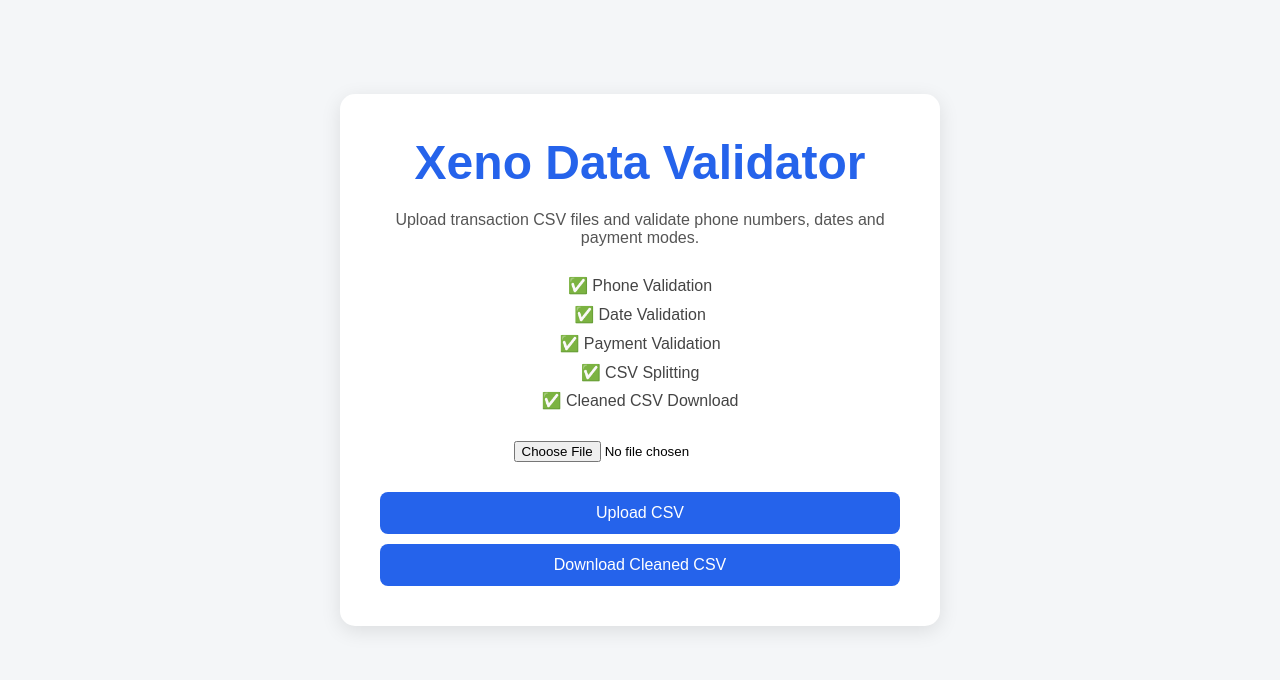
Repository: Aartigarg446/xeno-data-validator
Page: / (app in frontend/)
The author's editor kept a copy of each file at every save. The page is drawn from the files as they stood at one save, then again after the next save.
The browser window is 1280 px wide. The pictures show the whole page.
The project was rebuilt for these pictures with package versions that can differ from the ones it lists, and the page was loaded fresh each time. Also part of the build but not shown: frontend/vite.config.js.

Above is the page before, as saved 2026-06-17 14:12:41.

### frontend/src/index.css
html,
body,
#root {
  width: 100%;
  min-height: 100vh;
  margin: 0;
  padding: 0;
}

### frontend/src/App.jsx
import { useState } from "react";
import axios from "axios";
import "./App.css";

function App() {
  const [file, setFile] = useState(null);
  const [message, setMessage] = useState("");
  const [stats, setStats] = useState({
  total: 0,
  valid: 0,
  invalid: 0,
});

const [records, setRecords] = useState([]);

  const uploadFile = async () => {
    if (!file) {
      alert("Please select a CSV file");
      return;
    }

    const formData = new FormData();
    formData.append("file", file);

    try {
   const response = await axios.post(
  "http://localhost:5000/upload",
  formData
);

const data = response.data.data;

setRecords(data);

const validCount = data.filter(
  (item) => item.overallStatus === "Valid"
).length;

setStats({
  total: data.length,
  valid: validCount,
  invalid: data.length - validCount,
});

setMessage("✅ CSV Processed Successfully");
    } catch (error) {
      console.log(error);
     setMessage("❌ Upload Failed");
    }
  };

  return (
    <div className="container">

      <div className="card">

        <h1>Xeno Data Validator</h1>

        <p>
          Upload transaction CSV files and validate
          phone numbers, dates and payment modes.
        </p>
<p className="features">
  ✅ Phone Validation <br />
  ✅ Date Validation <br />
  ✅ Payment Validation <br />
  ✅ CSV Splitting <br />
  ✅ Cleaned CSV Download
</p>
        <input
          type="file"
          accept=".csv"
          onChange={(e) =>
            setFile(e.target.files[0])
          }
        />
        {file && (
  <p>
    Selected File: {file.name}
  </p>
)}
{message && (
  <p>{message}</p>
)}
{stats.total > 0 && (
<div className="stats-container">

  <div className="stat-card">
    <h3>Total</h3>
    <p>{stats.total}</p>
  </div>

  <div className="stat-card">
    <h3>Valid</h3>
    <p>{stats.valid}</p>
  </div>

  <div className="stat-card">
    <h3>Invalid</h3>
    <p>{stats.invalid}</p>
  </div>

</div>
)}
        <button onClick={uploadFile}>
          Upload CSV
        </button>

        <a
          href="http://localhost:5000/download"
          target="_blank"
        >
          <button>
            Download Cleaned CSV
          </button>
          {records.length > 0 && (

  <table className="result-table">

    <thead>
      <tr>
        <th>Order ID</th>
        <th>Phone</th>
        <th>Status</th>
      </tr>
    </thead>

    <tbody>

      {records.map((record, index) => (

        <tr key={index}>
          <td>{record.order_id}</td>
          <td>{record.phone}</td>
          <td>
            {record.overallStatus === "Valid"
              ? "✅ Valid"
              : "❌ Invalid"}
          </td>
        </tr>

      ))}

    </tbody>

  </table>

)}
        </a>

      </div>

    </div>
  );
}

export default App;

### frontend/src/App.css
* {
  margin: 0;
  padding: 0;
  box-sizing: border-box;
}

body {
  background: #f4f6f8;
  font-family: Arial, sans-serif;
}

.container {
  min-height: 100vh;
  display: flex;
  justify-content: center;
  align-items: center;
}

.card {
  background: white;
  padding: 40px;
  border-radius: 15px;
  width: 600px;
max-width: 90%;
  text-align: center;
  box-shadow: 0px 5px 20px rgba(0,0,0,0.1);
}

h1 {
  color: #2563eb;
  margin-bottom: 20px;
  font-size: 48px;
  line-height: 1.2;
}

p {
  color: #555;
  margin-bottom: 25px;
}

input {
  margin-bottom: 20px;
}

button {
  width: 100%;
  padding: 12px;
  margin-top: 10px;
  border: none;
  border-radius: 8px;
  background: #2563eb;
  color: white;
  cursor: pointer;
  font-size: 16px;
}

button:hover {
  background: #1d4ed8;
}
.features {
  color: #444;
  margin-bottom: 25px;
  line-height: 1.8;
}
.stats-container {
  display: flex;
  justify-content: space-between;
  margin: 20px 0;
  gap: 10px;
}

.stat-card {
  flex: 1;
  background: #2563eb;
  color: white;
  padding: 15px;
  border-radius: 10px;
}

.stat-card h3 {
  margin-bottom: 5px;
}

.result-table {
  width: 100%;
  margin-top: 25px;
  border-collapse: collapse;
}

.result-table th,
.result-table td {
  border: 1px solid #ddd;
  padding: 10px;
}

.result-table th {
  background: #2563eb;
  color: white;
}

Loaded but not shown: frontend/src/main.jsx (common file)

After the next save:
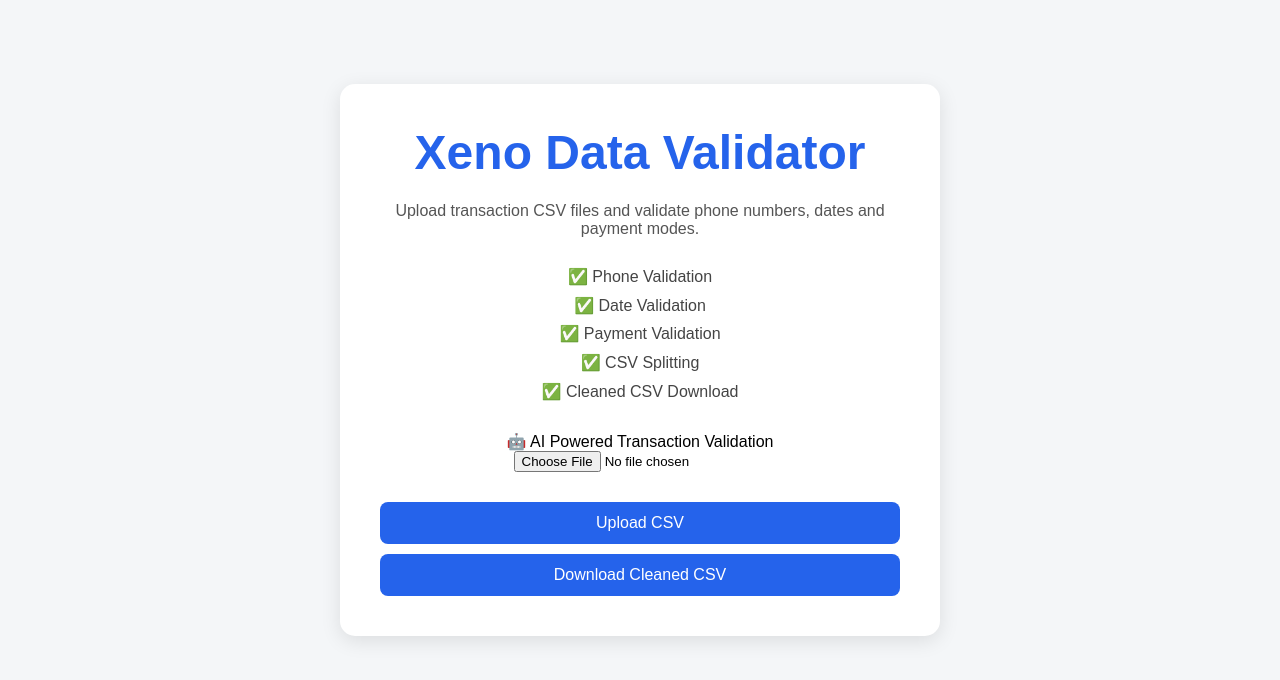
Saved 2 min 25 s later.
--- a/frontend/src/App.jsx
+++ b/frontend/src/App.jsx
@@ -67,6 +67,9 @@
   ✅ CSV Splitting <br />
   ✅ Cleaned CSV Download
 </p>
+<div className="ai-badge">
+  🤖 AI Powered Transaction Validation
+</div>
         <input
           type="file"
           accept=".csv"
@@ -74,6 +77,7 @@
             setFile(e.target.files[0])
           }
         />
+
         {file && (
   <p>
     Selected File: {file.name}
